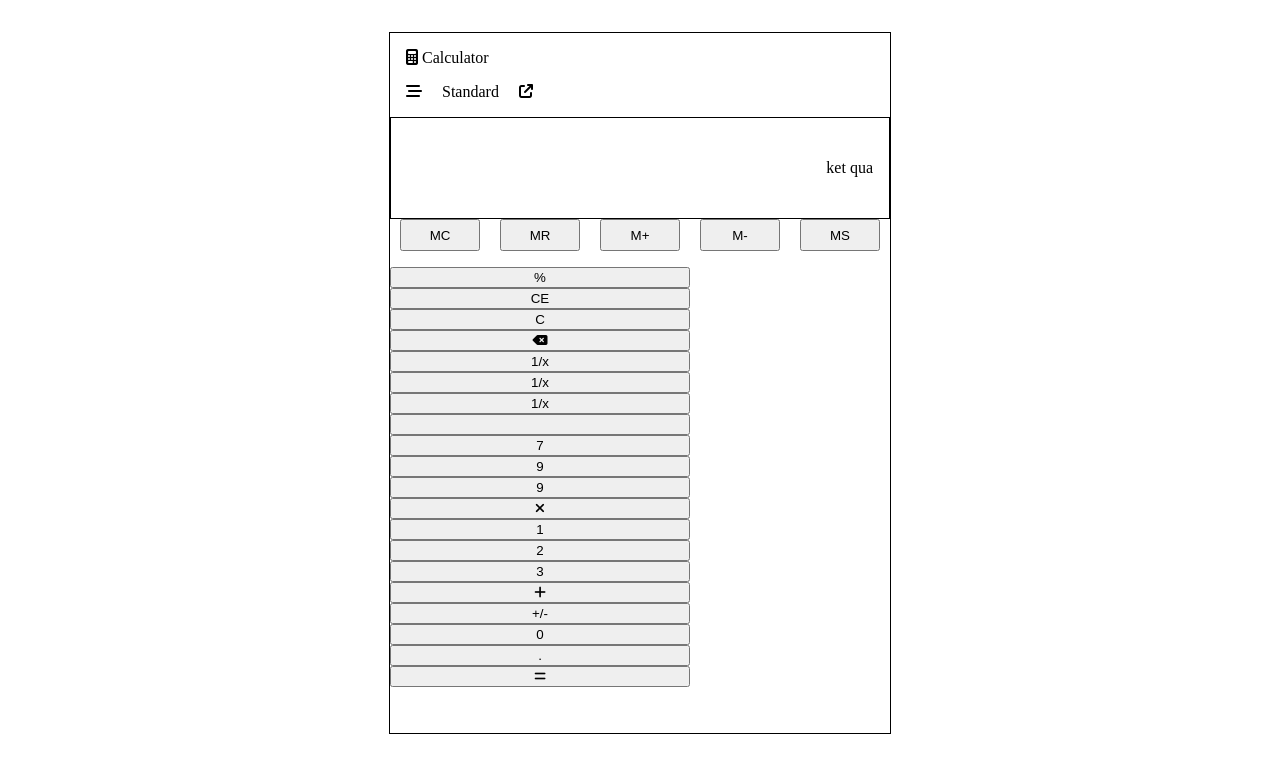
Repository: tungts3qb/Javascript
Page: Calculator/Calculator.html
These files come from the project's save history. The page is drawn as it stood at one moment and after the next save; the edit follows.
The browser window is 1280 px wide. The pictures show the whole page.

Above is the page before, as saved 2022-12-26 16:33:17.

### Calculator/Calculator.html
<!DOCTYPE html>
<html lang="en">
  <head>
    <meta charset="UTF-8" />
    <meta http-equiv="X-UA-Compatible" content="IE=edge" />
    <meta name="viewport" content="width=device-width, initial-scale=1.0" />
    <link rel="stylesheet" href="./style.css" />
    <link
      rel="stylesheet"
      href="https://cdnjs.cloudflare.com/ajax/libs/font-awesome/6.2.1/css/all.min.css"
      integrity="sha512-MV7K8+y+gLIBoVD59lQIYicR65iaqukzvf/nwasF0nqhPay5w/9lJmVM2hMDcnK1OnMGCdVK+iQrJ7lzPJQd1w=="
      crossorigin="anonymous"
      referrerpolicy="no-referrer"
    />
    <title>Calculator</title>
  </head>
  <body>
    <div class="calculator">
      <div class="calculator-header">
        <i class="fa-solid fa-calculator"></i>
        <span>Calculator</span>
      </div>
      <div class="calculator-nav">
        <i class="fa-solid fa-bars-staggered"></i>
        <span>Standard</span>
        <i class="fa-solid fa-arrow-up-right-from-square"></i>
      </div>
      <div class="caculator-result"><span>ket qua</span></div>
      <div class="calculator-special-function">
        <ul>
          <li><button class="btn-special-fun">MC</button></li>
          <li><button class="btn-special-fun">MR</button></li>
          <li><button class="btn-special-fun">M+</button></li>
          <li><button class="btn-special-fun">M-</button></li>
          <li><button class="btn-special-fun">MS</button></li>
        </ul>
      </div>
      <div class="calculator-buttons">
        <button class="calculator-button">%</button>
        <button class="calculator-button">CE</button>
        <button class="calculator-button">C</button>
        <button class="calculator-button">
          <i class="fa-solid fa-delete-left"></i>
        </button>
        <button class="calculator-button">1/x</button>
        <button class="calculator-button">1/x</button>
        <button class="calculator-button">1/x</button>
        <button class="calculator-button">
          <i class="fas fa-buttonide"></i>
        </button>
        <button class="calculator-button">7</button>
        <button class="calculator-button">9</button>
        <button class="calculator-button">9</button>
        <button class="calculator-button"><i class="fas fa-times"></i></button>
        <button class="calculator-button">1</button>
        <button class="calculator-button">2</button>
        <button class="calculator-button">3</button>
        <button class="calculator-button"><i class="fas fa-plus"></i></button>
        <button class="calculator-button">+/-</button>
        <button class="calculator-button">0</button>
        <button class="calculator-button">.</button>
        <button class="calculator-button"><i class="fas fa-equals"></i></button>
      </div>
    </div>
    <script src="./script.js"></script>
  </body>
</html>

### Calculator/style.css
.calculator {
  width: 500px;
  height: 700px;
  border: 1px solid black;
  margin: 2rem auto;
}

.calculator-header {
  margin-top: 1rem;
  padding-left: 1rem;
}

.calculator-nav {
  padding-left: 1rem;
  margin-top: 1rem;
}

.calculator-nav span {
  margin-left: 1rem;
  margin-right: 1rem;
}

.caculator-result {
  border: 1px solid black;
  margin-top: 1rem;
  height: 100px;
  display: flex;
  justify-content: flex-end;
  align-items: center;
}

.caculator-result span {
  display: block;
  margin-right: 1rem;
}

.calculator-special-function ul {
  width: 100%;
  padding-left: 0;
  list-style: none;
  display: flex;
  margin-top: 0;
  /* justify-content: space-between; */
  justify-content: space-around;
  align-items: center;
}

.btn-special-fun {
  width: 5rem;
  height: 2rem;
}

.calculator-buttons {
  display: grid;
  grid-template-columns: 300px;
}

Loaded but not shown: Calculator/script.js (no stored copy; drawn as an empty file)

After the next save:
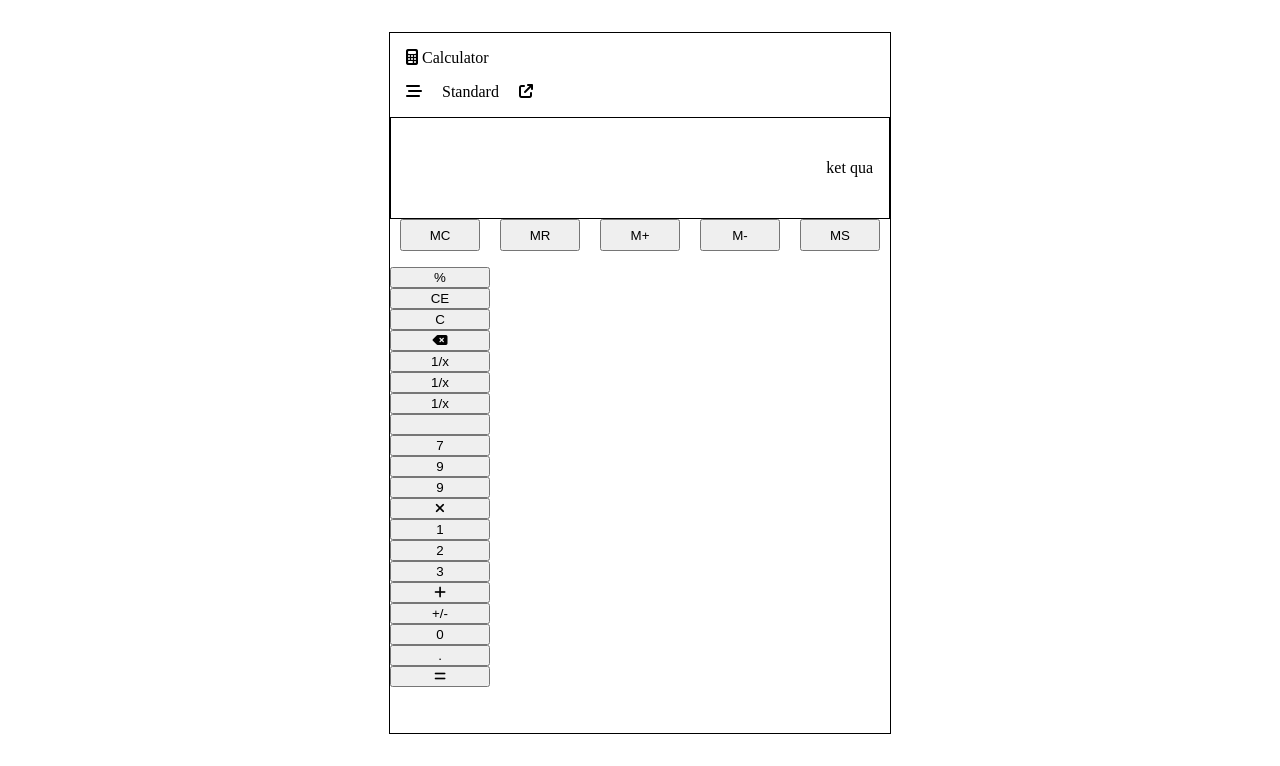
Saved 7 s later.
--- a/Calculator/style.css
+++ b/Calculator/style.css
@@ -52,5 +52,5 @@
 
 .calculator-buttons {
   display: grid;
-  grid-template-columns: 300px;
+  grid-template-columns: 100px;
 }
